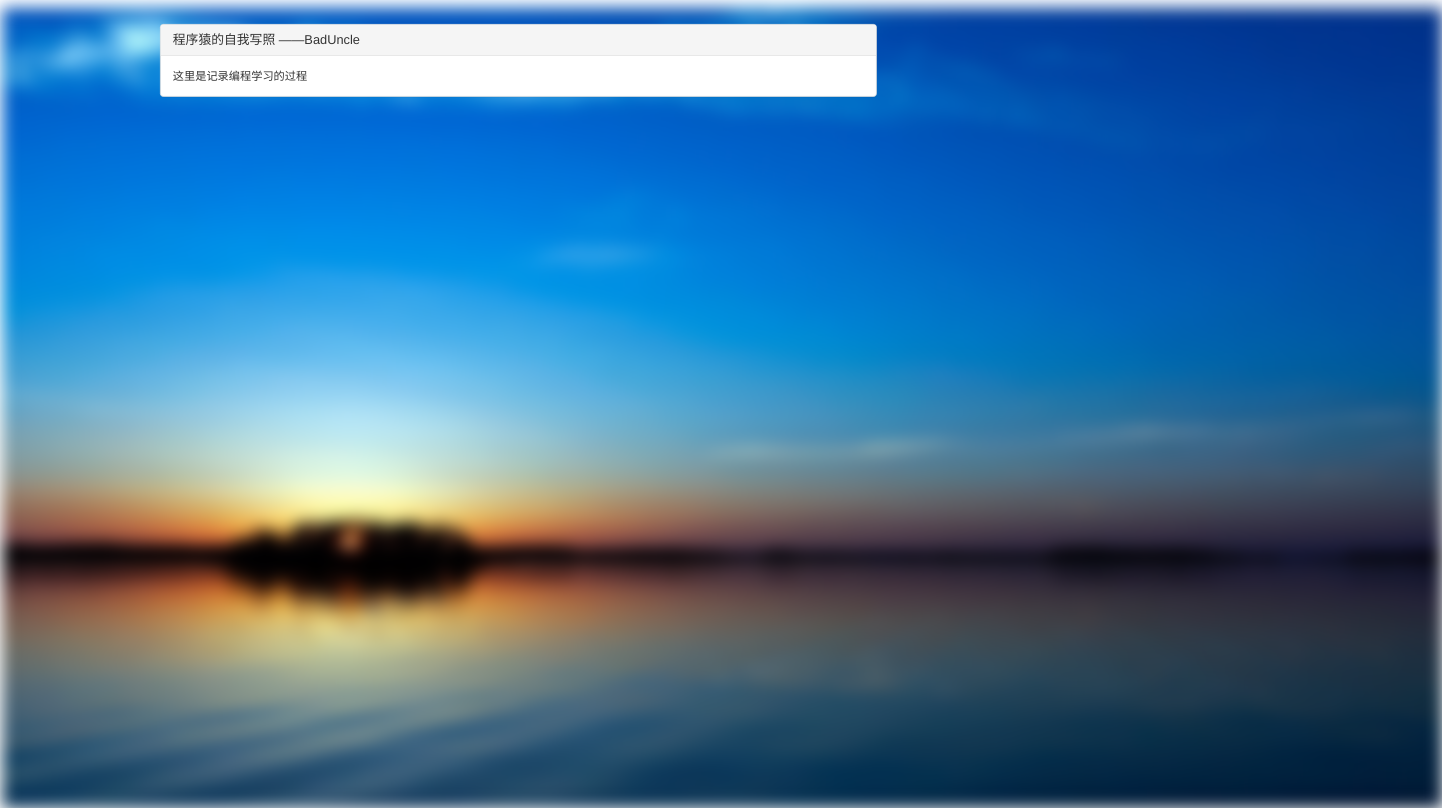
Repository: lidasi/monkeyLife
Page: http://localhost/monkeyLife/jsp/english.jsp
The author's editor kept a copy of each file at every save. The page is drawn from the files as they stood at one save, then again after the next save.
The browser window is 1280 px wide. The page is 1803 px wide, so the pictures cover 1803 px, including what lies to the right of the window. The pictures show the whole page, at 80% of full size.
The page is served by Tomcat 9.

Above is the page before, as saved 2017-07-14 02:34:41.

### workSpeaces/monkeyLife/WebContent/jsp/english.jsp
<%@ page language="java" contentType="text/html; charset=UTF-8"
    pageEncoding="UTF-8"%>
<!DOCTYPE html PUBLIC "-//W3C//DTD HTML 4.01 Transitional//EN" "http://www.w3.org/TR/html4/loose.dtd">
<html>
<head>
<meta http-equiv="Content-Type" content="text/html; charset=UTF-8">
<link rel="stylesheet" type="text/css" media="screen" href="../ui/bootstrap/css/bootstrap.min.css">
<link rel="stylesheet" type="text/css" media="screen" href="../css/info.css">
<script type="text/javascript" src="../js/jquery-1.10.2.min.js"></script>
<script type="text/javascript">
        $(function(){
        	 var height = 1000;
             var width = 1800;
             $("#infoImage").height(height).width(width);

        });
        var monkeyLife_001 = function() {
        	alert("跳至详情")
        }
    </script>
<title>infoPage</title>
</head>
<body>
	<div id="infoRelative">
		<div id="infoImage"></div>
	</div>
	<div id="content">
		<div class="panel panel-default">
		    <div class="panel-heading">
		        <h3 class="panel-title" onmouseout="monkeyLife_001">
		           <a id="title" href="#"> 程序猿的自我写照  ——BadUncle</a>
		        </h3>
		    </div>
		    <div class="panel-body">
		        这里是记录编程学习的过程
		    </div>
		</div>
	</div>

</body>
</html>

### workSpeaces/monkeyLife/WebContent/css/info.css
@CHARSET "UTF-8";
#infoRelative{position:relative;
	width:100%;
	height:100%}
#infoImage{
	position:absolute;
	left:3px;
	top:10px;
/*    border: 1px solid #CCCCCC;
    padding:90px 5px 10px;*/
    background: url("../image/dock/infoImage_001.jpg") no-repeat;
    background-size: cover;
    -webkit-filter: blur(10px);
    -ms-filter: blur(10px);
    filter: progid:DXImageTransform.Microsoft.Blur(PixelRadius=10, MakeShadow=false);
    animation:mymove 5s infinite;
    -webkit-animation:mymove 5s infinite;
}
 @keyframes mymove
{
    0%   {top:10px; background:url("../image/dock/infoImage_001.jpg"); position:absolute;}
    50% {top:10px; background:url("../image/dock/infoImage_002.jpg"); position:absolute;}
    100% {top:10px; background:url("../image/dock/infoImage_001.jpg"); position:absolute;}
}

@-webkit-keyframes mymove
{
    0%   {top:0px; background:url("../image/dock/infoImage_001.jpg" position:absolute;);
    }
    50%   {top:0px; background:url("../image/dock/infoImage_002.jpg" position:absolute;);
    }
    100% {top:0px; background:url("../image/dock/infoImage_001.jpg" position:absolute;);
    }
}

#content {position:absolute;
	left:200px;
	top:30px;
	width: 70%;
	height: 200px;
	}

Loaded but not shown: workSpeaces/monkeyLife/WebContent/ui/bootstrap/css/bootstrap.min.css (library); workSpeaces/monkeyLife/WebContent/js/jquery-1.10.2.min.js (library)

After the next save:
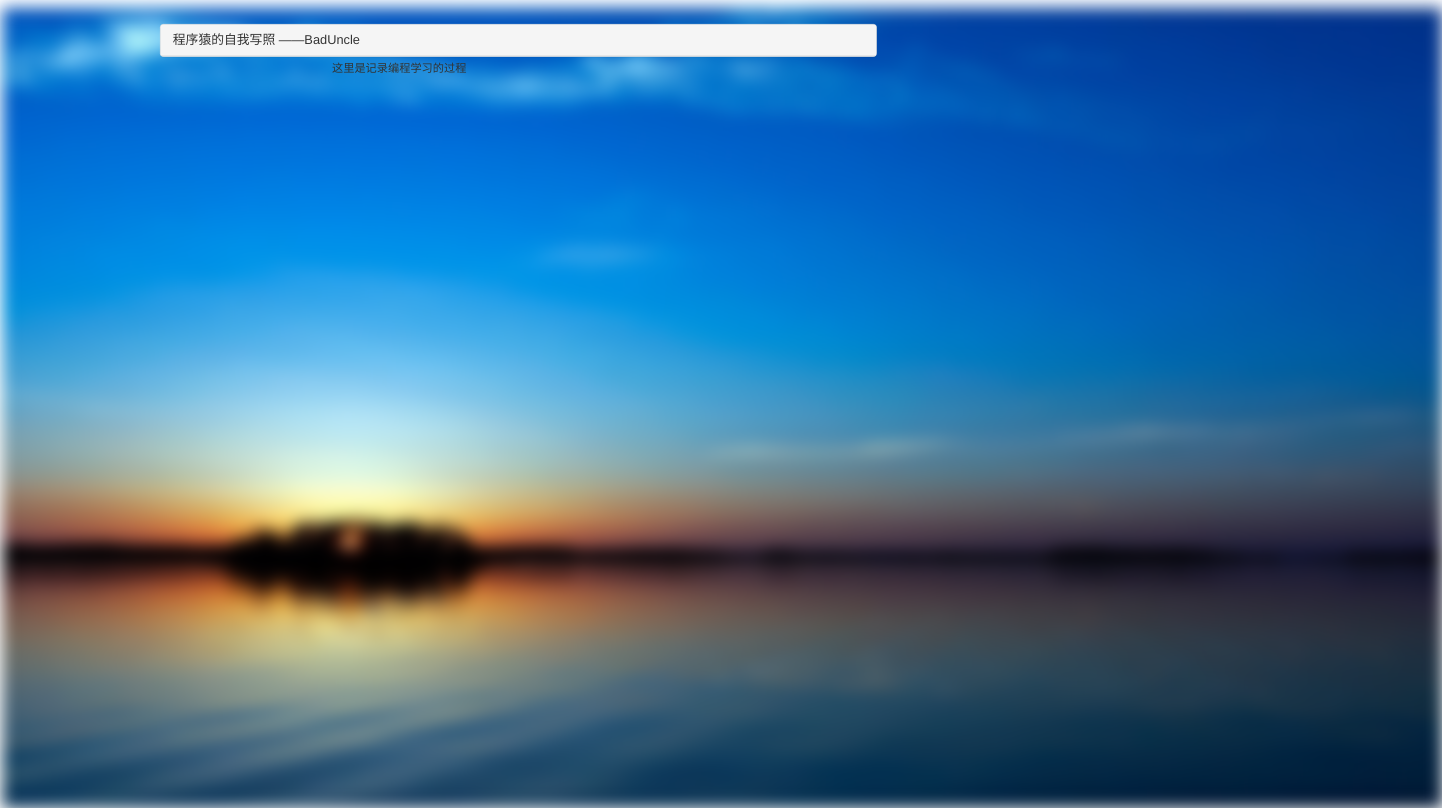
Saved 20 s later.
--- a/workSpeaces/monkeyLife/WebContent/jsp/english.jsp
+++ b/workSpeaces/monkeyLife/WebContent/jsp/english.jsp
@@ -31,7 +31,7 @@
 		           <a id="title" href="#"> 程序猿的自我写照  ——BadUncle</a>
 		        </h3>
 		    </div>
-		    <div class="panel-body">
+		    <div id="content" class="panel-body">
 		        这里是记录编程学习的过程
 		    </div>
 		</div>
